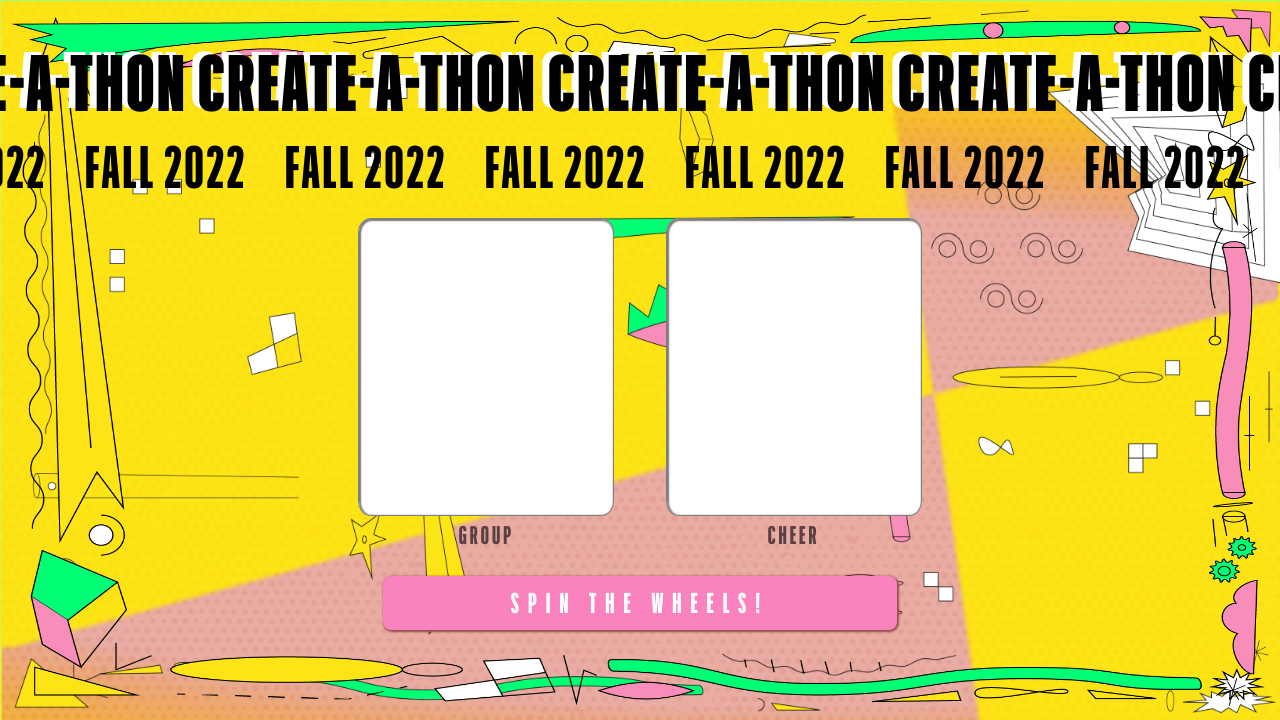
Repository: fakebrianho/IMA-Low-Res-Create-Athon-2022
Page: docs/presentation-order/index.html
The author's editor kept a copy of each file at every save. The page is drawn from the files as they stood at one save, then again after the next save.
The browser window is 1280 px wide. The pictures show the whole page.

Above is the page before, as saved 2022-10-28 22:25:42.
Not found: docs/presentation-order/libraries/p5.dom.js
Not found: docs/presentation-order/libraries/p5.js
Not found: docs/presentation-order/libraries/p5.sound.js

### docs/presentation-order/index.html
<!DOCTYPE html>
<html>

<head>
  <script src="libraries/p5.js"></script>
  <script src="libraries/p5.dom.js"></script>
  <script src="libraries/p5.sound.js"></script>
  <link
    href="https://fonts.googleapis.com/css2?family=Open+Sans:ital,wght@0,300;0,400;0,600;0,700;0,800;1,300;1,400;1,600;1,700;1,800&display=swap"
    rel="stylesheet">
  <link rel="stylesheet" type="text/css" href="style.css">
  <meta charset="utf-8">
  <title>Create-Athon Presentation Order</title>
</head>

<body>
  <header>

  </header>

  <section>

    <div id="wheel-container">
      <div class="fakeHeader">
        <h1 style="opacity: 0"><span>Create-a-Thon</span></h1>
        <h2 style="opacity: 0"><span>Fall 2022</span></h2>
      </div>
      <div class="prompt" id="input-prompt">
        <div class="changing-segment">
          <div id="inputs">
          </div>
        </div>
        <div class="prompt-label" id="input-label">Group</div>
      </div>

      <div class="prompt" id="output-prompt">
        <div class="changing-segment">
          <div id="outputs">
          </div>
        </div>
        <div class="prompt-label" id="output-label">Cheer</div>
      </div>

    </div>

    <div id="button-container">
      <button> Spin the wheels! </button>
    </div>

  </section>

  <footer>

  </footer>
  <script src='gsap.min.js'></script>
  <script src='index.js'></script>
  <script src="sketch.js"></script>
  <script src="wheel.js"></script>

</body>

</html>

### docs/presentation-order/style.css
@font-face {
	src: url('font/BildVariableV3-VF.woff2') format('woff2-variations'),
		url('font/BildVariableV3-VF.woff') format('woff');
	font-family: 'Bild Variable V3 Web';
	font-weight: 700 900;
	font-style: normal;
}

html,
body {
	margin: 0;
	padding: 0;
	width: 100%;
	height: 100%;
	box-sizing: border-box;
	font-family: 'Open Sans', sans-serif;
	font-family: 'Bild Variable V3 Web';
	font-weight: 700;
	hyphens: true;
	font-synthesis: none;
	margin: 0;
	text-transform: uppercase;
	font-variation-settings: 'wdth' 100;
	letter-spacing: 3px;
}

section {
	width: 100%;
	height: 100%;
	position: absolute;
	background-image: url('image/bg.png');
	background: url(image/bg_border-top.png), url(image/bg_border-bottom.png),
		url(image/bg.png), url(image/bg_texture.png), #aafa50;
	background-repeat: no-repeat, no-repeat, no-repeat, repeat;
	/* background-size: auto 70vh, auto 50vh, 100vw 120vh, 800px auto; */
	/* background-position: right top, left 50vh, left 25vh, 0 0; */
	background-size: 100% 100%;
}

h1 {
	font-family: 'Bild Variable V3 Web';
	font-size: 80px;
	font-weight: 900;
	hyphens: true;
	font-synthesis: none;
	text-transform: uppercase;
	text-shadow: -7px -3px #ffffff;
	margin: 0;
	font-variation-settings: 'wdth' 60;
}

h2 {
	font-family: 'Bild Variable V3 Web';
	font-size: 60px;
	font-weight: 700;
	hyphens: true;
	font-synthesis: none;
	margin: 0;
	text-transform: uppercase;
	font-variation-settings: 'wdth' 100;
}

footer {
	position: fixed;
	bottom: 4vh;
	width: 100vw;
	text-align: center;
}

.fakeHeader {
	position: fixed;
	top: 35px;
	left: 0;
	overflow: hidden;
	width: 100%;
	font-size: 16px;
	font-weight: 800;
	z-index: 0;
}

.fakeHeader h1,
.fakeHeader h2 {
	display: flex;
}

h1 span,
h2 span {
	width: 350px;
	display: inline-block;
	flex: 0 0 auto;
	/* opacity: 0; */
}

h2 span {
	width: 200px;
}

p {
	position: relative;
	overflow: hidden;
	overflow-x: auto;
}

#wheel-container {
	display: flex;
	justify-content: center;
	margin-top: 15%;
	overflow: hidden;
}

.prompt {
	display: flex;
	flex-direction: column;
	width: 20%;
	padding: 2%;
	text-align: center;
	overflow: hidden;
}

.changing-segment {
	box-shadow: 1px 1px 1.5px 1px #777 inset;
	border-radius: 5%;
	border-style: groove;
	border-color: gray;
	border-width: 1px;
	position: relative;
	overflow: none;
	background-color: #fff;
	color: black;
	height: 17rem;
	padding: 1rem 0 0.5rem 0;
	font-size: 1.2rem;
	line-height: 1.55rem;
}

#inputs,
#outputs {
	padding: 5%;
}

.prompt-label {
	color: #594042;
	margin-top: 0.3rem;
	font-size: 1.6rem;
}

#button-container {
	margin-top: 0%;
	text-align: center;
}

button {
	background: #fa82be;
	cursor: pointer;
	box-shadow: 1px 1px 2px 1px rgb(148, 79, 79);
	color: white;
	border-width: 0px;
	border-radius: 0.5rem;
	padding: 0.8% 10% 0.8% 10%;
	font-size: 1.8rem;
	font-weight: 200;
	font-family: 'Open Sans', sans-serif;
	font-family: 'Bild Variable V3 Web';
	font-weight: 700;
	hyphens: true;
	font-synthesis: none;
	margin: 0;
	text-transform: uppercase;
	font-variation-settings: 'wdth' 100;
	letter-spacing: 9px;
}

### docs/presentation-order/index.js
const carousels = document.querySelectorAll('.fakeHeader h1, .fakeHeader h2')
const fadeInTimeline = gsap.timeline()
fadeInTimeline
	.set(carousels, { opacity: 0 })
	.to(carousels, { opacity: 1, delay: 1, stagger: 1, duration: 2 })
carousels.forEach((carousel) => {
	const spanTag = carousel.querySelector('span')
	const spanWidth = spanTag.clientHeight
	for (let i = 0; i < 30; i++) {
		carousel.appendChild(spanTag.cloneNode(true))
	}
	const movementTimeline = gsap.timeline({
		repeat: -1,
	})
	movementTimeline
		.set(carousel, { x: 0 })
		.to(carousel, { x: spanWidth * -1, duration: 6, ease: 'linear' })
})

### docs/presentation-order/sketch.js
let spinButton
let data
let inputWheel, outputWheel
let clickSound, endSound, gameShow
let isSpinning = false
let resourcesAvailable = false

function preload() {
	data = loadJSON('data/generator.json')
	//sounds are public domain
	clickSound = loadSound('sound/faded_sine.mp3')
	endSound = loadSound('sound/Electronic_Chime-KevanGC-495939803.mp3')
	// maybe not this sound?
	gameShow = loadSound('sound/gameshow_short.mp3')
}

function windowResized() {
	resizeCanvas(windowWidth, windowHeight)
}

function setup() {
	frameRate(60)

	clickSound.setVolume(0.4)
	gameShow.setVolume(0.5)

	inputWheel = new Wheel('#inputs', data.input)
	outputWheel = new Wheel('#outputs', data.output)

	spinButton = select('button')
	spinButton.mouseClicked(startSpin)
}

function draw() {
	// workaround, see line 69
	if (inputWheel.spin) {
		inputWheel.move()
	}
	if (outputWheel.spin) {
		outputWheel.move()
	}

	if (isSpinning) {
		if (inputWheel.difference == 0 && outputWheel.difference == 0) {
			endSound.play()
			setTimeout(() => {
				gameShow.play()
			}, 100)
			isSpinning = false
		}
	}
}

function startSpin(
	clickEvent,
	targetInput = floor(random(data.input.length)),
	targetOutput = floor(random(data.output.length))
) {
	isSpinning = true

	// inputWheel.target = targetInput // not the target that displays!!
	// inputWheel.spin = true
	inputWheel.update(targetInput)
	// inputWheel.resetAriaHidden();

	outputWheel.target = targetOutput
	outputWheel.spin = true
	outputWheel.resetAriaHidden()

	// console.log(
	//   'make a something where the input is ' +
	//     data.input[targetInput] +
	//     ' and an output is ' +
	//     data.output[targetOutput]
	// );

	// remove data from array here
	console.log(targetInput)
	// console.log(data.input[targetInput])
	data.input.splice(targetInput, 1)
	console.log(data.input)
}

### docs/presentation-order/wheel.js
class Wheel {
	constructor(parentID, data, count = 5, startIndex = 0) {
		this.count = count
		this.data = data
		this.numOfCycles = Math.floor(random(2, 4))
		this.startIndex = startIndex
		this.currentIndex =
			this.startIndex - this.data.length * this.numOfCycles
		this.parentID = parentID
		this.elements = []
		this.position = []
		this.target = startIndex
		this.speed = 5
		this.difference = 0

		for (let i = 0; i < this.count; i++) {
			this.elements[i] = createP(
				this.data[
					(this.startIndex + i - floor(this.count / 2)) %
						this.data.length
				]
			)
			this.elements[i].parent(this.parentID)
			this.elements[i].attribute('aria-hidden', true)
			this.elements[i].style(
				'color',
				rgbToHex(int(random(120)), int(random(120)), int(random(120)))
			)
			this.position[i] = this.elements[i].position()
			if (i == floor(this.count / 2)) {
				this.elements[i].attribute('aria-hidden', false)
			} else {
				this.elements[i].style('visibility', 'hidden')
			}
		}
		// this feels hacky?
		this.startTop = this.position[0].y
		this.currTop = parseInt(this.elements[0].style('top'))
		this.distanceBetweenElements = this.position[1].y - this.position[0].y

		this.spin = false
	}

	resetAriaHidden() {
		for (let i = 0; i < this.count; i++) {
			this.elements[i].attribute('aria-hidden', true)
			this.elements[i].style('visibility', 'visible')
		}
	}

	// continuing the hack workaround
	update(target) {
		console.log(data.input[target])
		let inputWheel = document.getElementById('inputs')
		inputWheel.innerHTML = data.input[target]
		inputWheel.style.position = 'relative'
		inputWheel.style.top = '45%'
		this.spin = false
	}

	move() {
		this.currTop -= this.speed
		// console.log(this.target);
		// console.log(this.currentIndex);
		this.difference = int(this.target) - int(this.currentIndex)
		this.speed =
			(60 *
				abs(
					this.difference % (this.data.length * this.numOfCycles * 2)
				)) /
			(this.data.length * this.numOfCycles * 2)

		// console.log(this.data[this.target],this.target, this.currentIndex, this.difference, (this.data.length*this.numOfCycles), this.speed);

		if (this.currTop < -this.distanceBetweenElements / 2) {
			clickSound.play()
			this.currentIndex++
			this.startIndex =
				this.currentIndex + this.data.length * this.numOfCycles
			this.startIndex %= this.data.length
			this.elements[0].remove()
			this.currTop = 0
			this.elements.splice(0, 1)
			this.elements.push(
				createP(
					this.data[
						(this.data.length +
							this.startIndex +
							floor(this.count / 2)) %
							this.data.length
					]
				)
			)

			this.elements[this.elements.length - 1].parent(this.parentID)
			this.elements[this.elements.length - 1].attribute(
				'aria-hidden',
				true
			)
			this.elements[this.elements.length - 1].style(
				'color',
				rgbToHex(int(random(120)), int(random(120)), int(random(120)))
			)
		}
		for (let i = 0; i < this.elements.length; i++) {
			this.elements[i].style('top', this.currTop + 'px')
		}
		if (this.difference == 0) {
			this.spin = false

			console.log(this.data)

			this.numOfCycles = floor(random(2, 4))
			this.currentIndex =
				this.startIndex - this.data.length * this.numOfCycles
			for (let i = 0; i < this.elements.length; i++) {
				if (i == floor(this.elements.length / 2)) {
					this.elements[i].attribute('aria-hidden', false)
					this.elements[i].addClass('wrap')
				} else {
					this.elements[i].style('visibility', 'hidden')
				}
			}
		}
	}
}

function componentToHex(c) {
	var hex = c.toString(16)
	return hex.length == 1 ? '0' + hex : hex
}

function rgbToHex(r, g, b) {
	return '#' + componentToHex(r) + componentToHex(g) + componentToHex(b)
}

Loaded but not shown: docs/presentation-order/gsap.min.js (library)

After the next save:
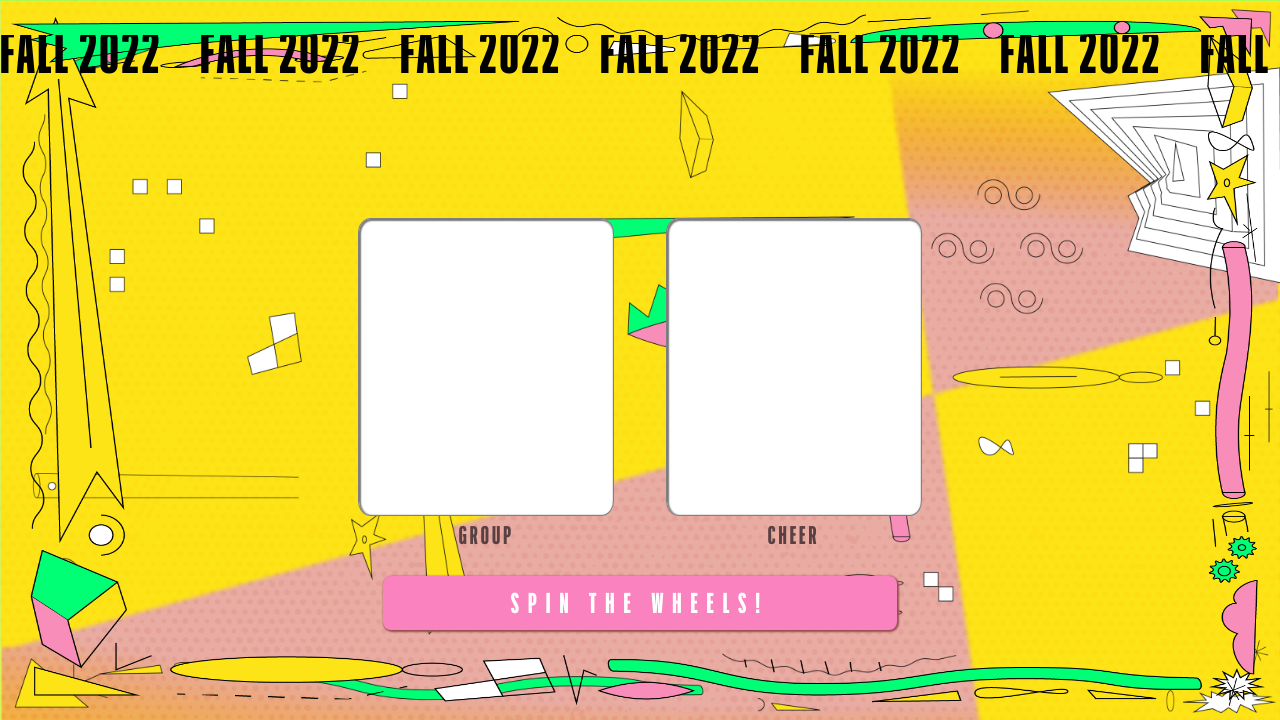
Saved 15 s later.
--- a/docs/presentation-order/index.js
+++ b/docs/presentation-order/index.js
@@ -13,6 +13,6 @@
 		repeat: -1,
 	})
 	movementTimeline
-		.set(carousel, { x: 0 })
-		.to(carousel, { x: spanWidth * -1, duration: 6, ease: 'linear' })
+		.set(carousel, { y: 0 })
+		.to(carousel, { y: spanWidth * -1, duration: 6, ease: 'linear' })
 })
